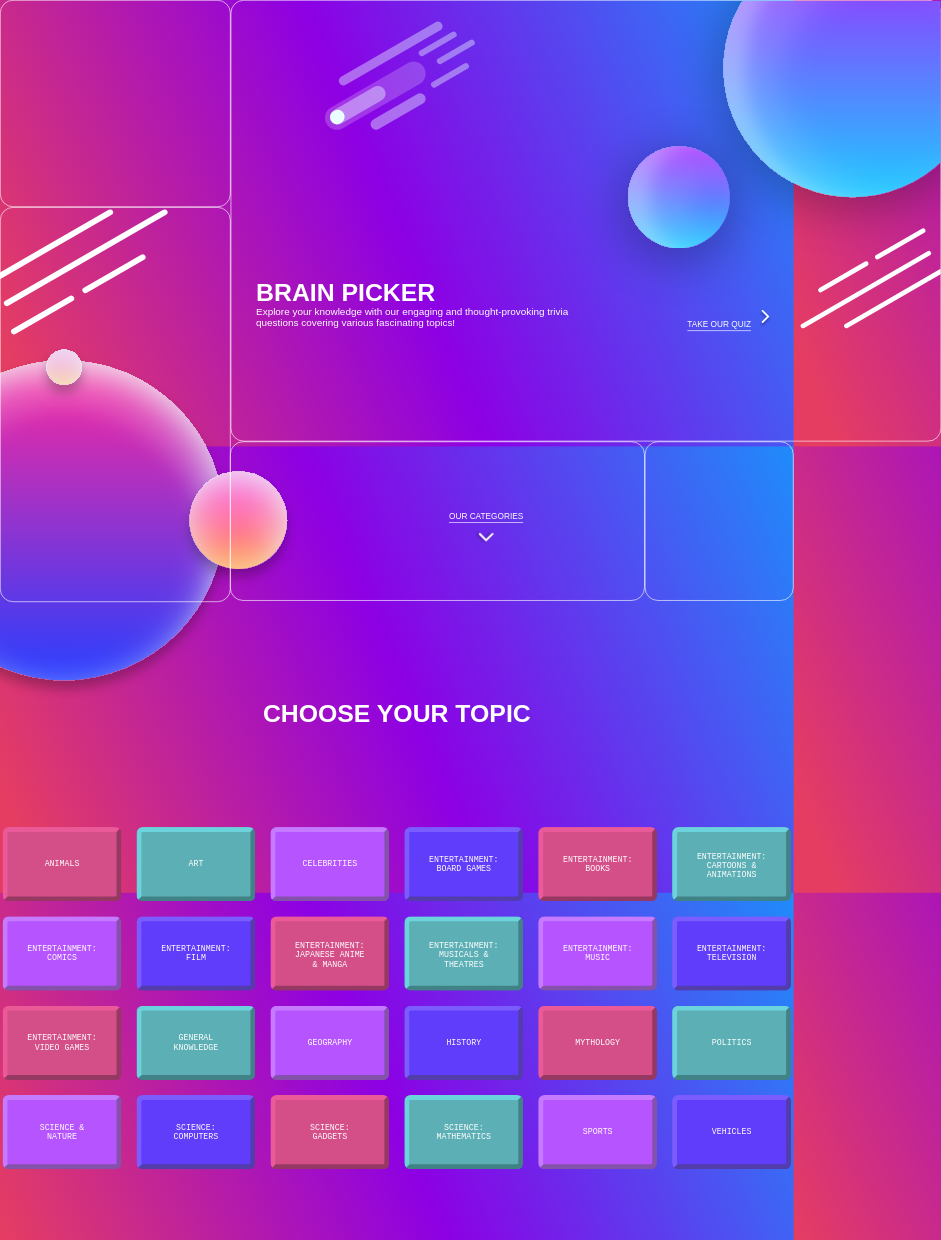
Repository: pjiang604/COMP-2170_Final-Project
Page: index.html
These files come from the project's save history. The page is drawn as it stood at one moment and after the next save; the edit follows.
The browser window is 1280 px wide. The page is 1518 px wide, so the pictures cover 1518 px, including what lies to the right of the window. The pictures show the whole page, at 62% of full size.
Backgrounds fixed to the window are drawn as part of the page.

Above is the page before, as saved 2023-04-30 13:31:25.

### index.html
<!DOCTYPE html>
<html lang="en">
  <head>
    <meta charset="UTF-8">
    <meta http-equiv="X-UA-Compatible" content="IE=edge">
    <meta name="viewport" content="width=device-width, initial-scale=1.0">
    <link rel="stylesheet" href="style.css">
    <title> Brain Picker </title>
    <script src="/easy.js"></script>
    <script src="/medium.js"></script>
    <script src="/hard.js"></script>
  </head>
  <body>
    <div class="container">
      <div class="graphic__left">
        <img class="bottom__left_sphere" src="/Assets/bg_graphics/bottom_left_sphere_group.svg" alt="">
        <img class="left__shooting_star" src="/Assets/bg_graphics/shooting_star_left.svg" alt="">
      </div>
      <div class="left__containers">
        <div class="left__container_top"></div>
        <div class="left__container_bottom"></div>
      </div>
      <div class="quiz__container">
        <div class="left__content">
          <h1> BRAIN PICKER </h1>
          <p> Explore your knowledge with our engaging and thought-provoking trivia questions covering various fascinating topics! </p>
        </div>
        <div class="right__content">
          <div class="graphics">
            <img class="shooting__star_top" src="/Assets/bg_graphics/shooting_star_alt.svg" alt="">
            <img class="top__right_sphere" src="/Assets/bg_graphics/top_right_sphere_group.svg" alt="">
            <img class="star__right" src="/Assets/bg_graphics/shooting_star_right.svg" alt="">
          </div>
          <div class="quiz__button">
            <a href="#">
              <button class="take__quiz_button"> TAKE OUR QUIZ </button>
              <img class="quiz__arrow" src="/Assets/buttons/arrow-head.svg" alt="">
            </a>
          </div>
        </div>
      </div>
    </div>
    <div class="bottom__containers">
      <div class="bottom__container_left">
        <a href="#">
          <button class="categories__button"> OUR CATEGORIES </button>
        </a>
        <img class="categories__arrow" src="/Assets/buttons/arrow-head.svg" alt="" width="30px">
      </div>
      <div class="bottom__container_right"></div>
    </div>

    <div class="categories__section">
      <h1 class="topics_header">CHOOSE YOUR TOPIC</h1>

      <div class="categories_container">
        <button class='topic_button1' id="animals">animals</button>
        <button class='topic_button2' id="art">art</button>
        <button class='topic_button3' id="celebrities">celebrities</button>
        <button class='topic_button4' id="board_games">entertainment: board games</button>
        <button class='topic_button1' id="books">entertainment: books</button>
        <button class='topic_button2' id="cartoons_animations">entertainment: cartoons & animations</button>
        <button class='topic_button3' id="comics">entertainment: comics</button>
        <button class='topic_button4' id="film">entertainment: film</button>
        <button class='topic_button1' id="japanese_anime">entertainment: japanese anime & manga</button>
        <button class='topic_button2' id="musicals_theatre">entertainment: musicals & theatres</button>
        <button class='topic_button3' id="music">entertainment: music</button>
        <button class='topic_button4' id="television">entertainment: television</button>
        <button class='topic_button1' id="video_games">entertainment: video games</button>
        <button class='topic_button2' id="general_knwoledge">general knowledge</button>
        <button class='topic_button3' id="geography">geography</button>
        <button class='topic_button4' id="history">history</button>
        <button class='topic_button1' id="mythology">mythology</button>
        <button class='topic_button2' id="politics">politics</button>
        <button class='topic_button3' id="science_nature">science & nature</button>
        <button class='topic_button4' id="computers">science: computers</button>
        <button class='topic_button1' id="gadgets">science: gadgets </button>
        <button class='topic_button2' id="mathematics">science: mathematics</button>
        <button class='topic_button3' id="sports">sports</button>
        <button class='topic_button4' id="vehicles">vehicles</button>
      </div>
    </div>

  </body>
</html>

### style.css
:root {
	--primary-font: Arial, Helvetica, sans-serif;
	--secondary-font: 'Courier New', Courier, monospace;
	--font-weight-general: normal;
	--font-weight-light: 100;
	--font-weight-bold: bold;
	--font-size-body: 12pt;
	--font-size-heading: 30pt;
	--font-size-sub-heading: 22pt;

	--white: #fff;
	--black: #000000;
	--crimson: #d44f88;
	--crimson-2:#ea5a99;
	--teal:#5CAFB5;
	--teal-2:#6ad3db;
	--indigo:#603CFB;
	--indigo-2:#7a5cff;
	--purple: #B654FF;
	--purple-2:#c57aff;
}

h1 {
	font-size: var(--font-size-heading);
	font-weight: var(--font-weight-bold);
	font-family: var(--primary-font);
}

h2 {
	font-size: var(--font-size-sub-heading);
	font-weight: var(--font-weight-bold);
	font-family: var(--primary-font);
}

p {
	font-size: var(--font-size-body);
	font-weight: var(--font-weight-general);
	font-family: var(--primary-font);
}

* {
	margin: 0;
}

body {
	/* Linear gradient bg */
	background: linear-gradient(247.38deg, #2189FA 0.96%, #8D00E4 50.19%, #E53D62 95.42%);
	min-height: 2000px;
	background-attachment: fixed;
	background-position: center;
	background-repeat: no-repeat;
	background-size: cover;
	max-width: 100%;
}

/**Main container**/
.container {
	display: flex;
}

.bottom__left_sphere {
	position: absolute;
	width: 30rem;
	top: 35rem;
	z-index: -1;
}

.left__shooting_star {
	width: 17rem;
	position: absolute;
	top: 21rem;
}

/**Left containers**/
.left__container_top {
	box-sizing: border-box;
	display: flex;
	width: 372px;
	height: 334px;
	border: 0.25px solid #FFFFFF;
	border-radius: 21px;
}

.left__container_bottom {
	box-sizing: border-box;
	display: flex;
	width: 372px;
	height: 637px;
	border: 0.25px solid #FFFFFF;
	border-radius: 21px;
}

/**Bottom containers**/
.bottom__containers {
	display: flex;
	margin-top: -16.2rem;
	/* justify-content: end; */
	padding-left: 23.2rem;
}

.bottom__container_left {
	box-sizing: border-box;
	display: flex;
	width: 52.8rem;
	height: 257px;
	border: 0.25px solid #FFFFFF;
	border-radius: 21px;
}

.bottom__container_right {
	box-sizing: border-box;
	display: flex;
	width: 303px;
	height: 257px;
	border: 0.25px solid #FFFFFF;
	border-radius: 21px;
}

/**Quiz Section**/
.quiz__container {
	box-sizing: border-box;
	display: flex;
	width: 71.6rem;
	height: 44.5rem;
	border: 0.15px solid #FFFFFF;
	border-radius: 21px;
}

.shooting__star_top {
	position: absolute;
	right: 32rem;
	top: 2rem;
}

.top__right_sphere {
	display: flex;
	justify-content: end;
}

.star__right {
	display: flex;
	position: relative;
	float: right;
	bottom: 8rem;
}

.left__content {
	color: var(--white);
	width: 40rem;
	padding-left: 2.5rem;
	padding-top: 28rem;
}

.take__quiz_button {
	border: none;
	text-decoration: underline;
	text-underline-offset: 5px;
	color: var(--white);
	background: none;
	padding-left: 11rem;
	cursor: pointer;
}

.quiz__button>a {
	text-decoration: none;
}


.categories__button {
	border: none;
	text-decoration: underline;
	text-underline-offset: 5px;
	color: var(--white);
	background: none;
	padding-left: 22rem;
	padding-top: 7rem;
	cursor: pointer;
}

.categories__arrow {
	rotate: 90deg;
	margin-top: 2.5rem;
	position: absolute;
	left: 48rem;
	top: 50.5rem;
}

.bottom__container_left>a {
	text-decoration: none;
}


/** Topics Section **/
.categories__section{
	display: flex;
	flex-direction: column;
	align-items: center;
	justify-content: center;
	margin-top: 10rem;
}
.topics_header{
	color: var(--white);
}

.categories_container{
	font-family: var(--secondary-font);
	display: grid;
	grid-template-columns: 12rem 12rem 12rem 12rem 12rem 12rem;
	gap: 1.5rem;
	align-items: center;
	justify-content: center;
	padding-top: 10rem;
}

.topic_button1{
	font-family: var(--secondary-font);
	border-width: .5rem;
	height: 7.5rem;
    color: var(--white);
    border-radius: 0.656rem;
    background-color: var(--crimson);
    border-color: var(--crimson-2);
	padding: 2rem;
	text-transform: uppercase;

}

.topic_button2{
	font-family: var(--secondary-font);
	background-color: var(--teal);
	height: 7.5rem;
	color: var(--white);
	border-radius: 0.656rem;
	border-color: var(--teal-2);
	border-width: .5rem;
	text-transform: uppercase;
	padding: 2rem;
}
.topic_button3{
	font-family: var(--secondary-font);
	background-color:var(--purple);
	height: 7.5rem;
	color: var(--white);
	border-radius: 0.656rem;
	border-color:var(--purple-2);
	border-width: .5rem;
	text-transform: uppercase;
	padding: 2rem;
}
.topic_button4{
	font-family: var(--secondary-font);
	background-color:var(--indigo);
	height: 7.5rem;
	color: var(--white);
	border-radius: 0.656rem;
	border-color: var(--indigo-2);
	border-width: .5rem;
	text-transform: uppercase;
	padding: 2rem;
}

Loaded but not shown: easy.js (no stored copy; drawn as an empty file); medium.js (no stored copy; drawn as an empty file); hard.js (no stored copy; drawn as an empty file)

After the next save:
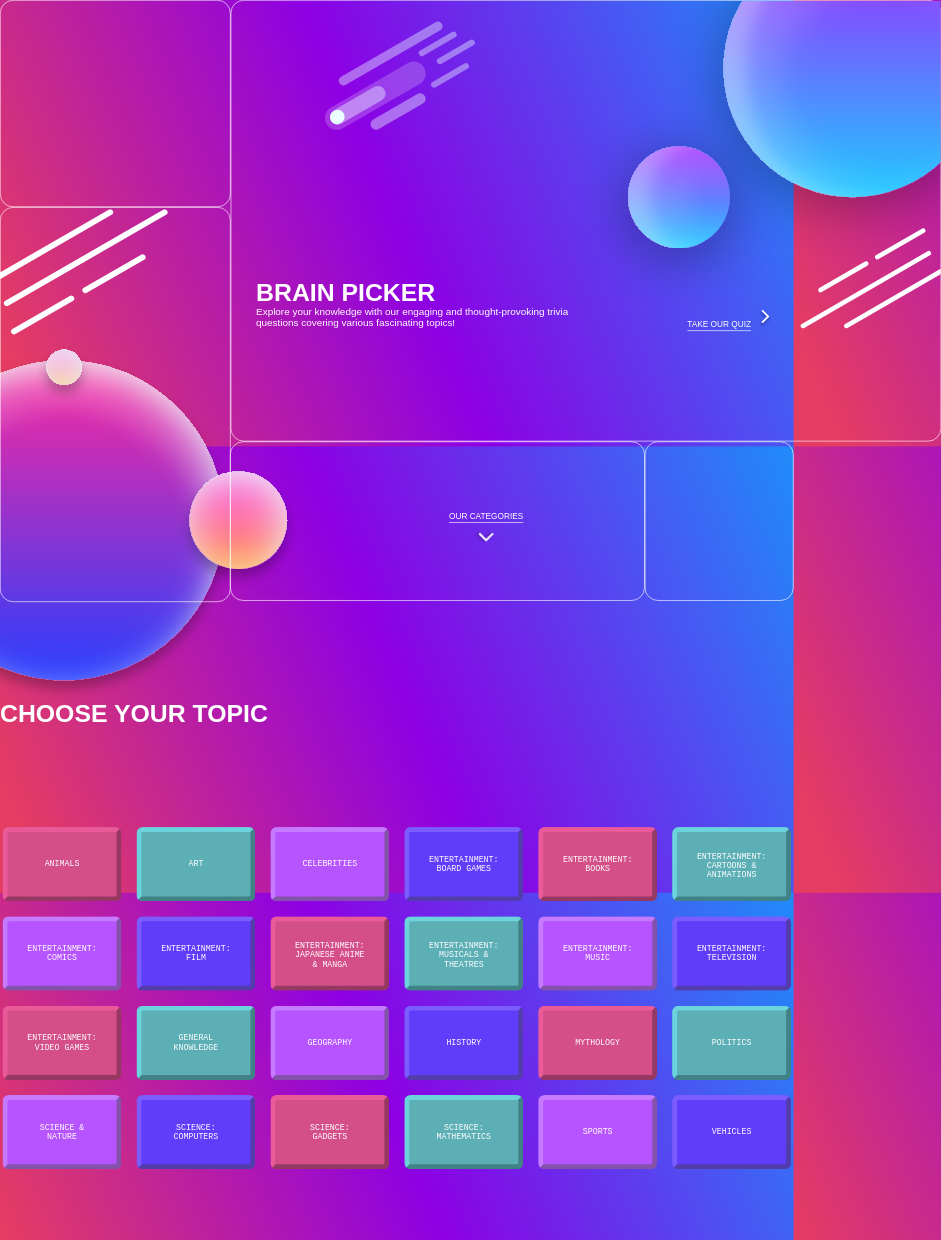
Saved 19 s later.
--- a/style.css
+++ b/style.css
@@ -194,7 +194,7 @@ body {
 .categories__section{
 	display: flex;
 	flex-direction: column;
-	align-items: center;
+	align-items: left;
 	justify-content: center;
 	margin-top: 10rem;
 }
